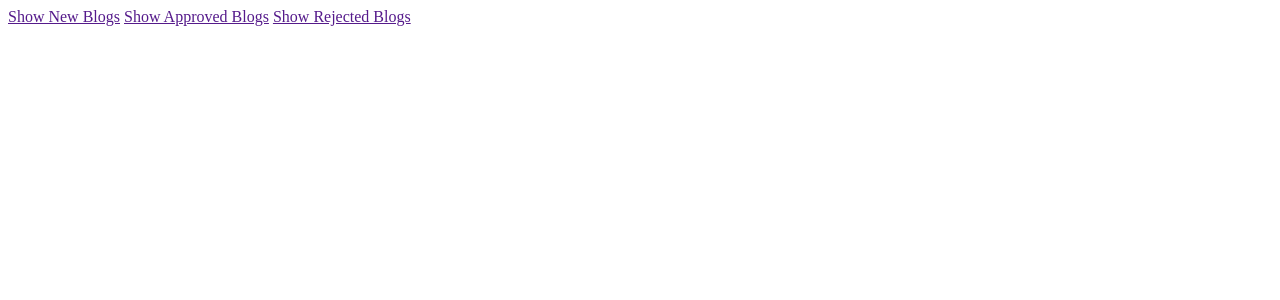
Repository: yogenderupadhyay/Project-2
Page: LetsTalkFrontend/WebContent/c_blog/manageBlog.html
An editor plug-in stored every save of this project. The page is shown before and after the next save, followed by the edit.
The browser window is 1280 px wide. The pictures show the whole page.

Above is the page before, as saved 2018-08-02 03:29:37.

### LetsTalkFrontend/WebContent/c_blog/manageBlog.html
<div class="container-fluid" data-ng-controller="BlogController">
<div class="row">
<div class="col-md-12">
<a href="" data-ng-click="showNewBlogs()" data-ng-show="currentUser.role=='ADMIN'">Show New Blogs</a>
<a href="" data-ng-click="showApprovedBlogs()">Show Approved Blogs</a>
<a href="" data-ng-click="showRejectedBlogs()">Show Rejected Blogs</a>
</div>
</div>
</div>

After the next save:
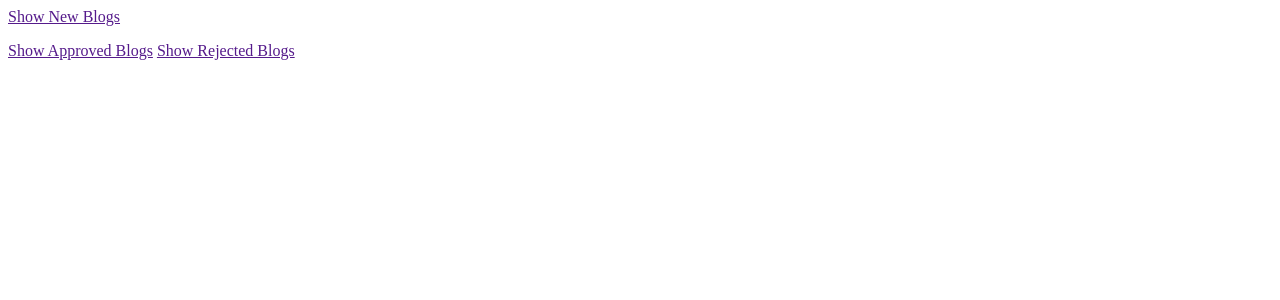
Saved 5 min 12 s later.
--- a/LetsTalkFrontend/WebContent/c_blog/manageBlog.html
+++ b/LetsTalkFrontend/WebContent/c_blog/manageBlog.html
@@ -1,7 +1,7 @@
 <div class="container-fluid" data-ng-controller="BlogController">
 <div class="row">
 <div class="col-md-12">
-<a href="" data-ng-click="showNewBlogs()" data-ng-show="currentUser.role=='ADMIN'">Show New Blogs</a>
+<a href="" data-ng-click="showNewBlogs()" data-ng-show="currentUser.role=='ADMIN'"><p>Show New Blogs</p></a>
 <a href="" data-ng-click="showApprovedBlogs()">Show Approved Blogs</a>
 <a href="" data-ng-click="showRejectedBlogs()">Show Rejected Blogs</a>
 </div>
